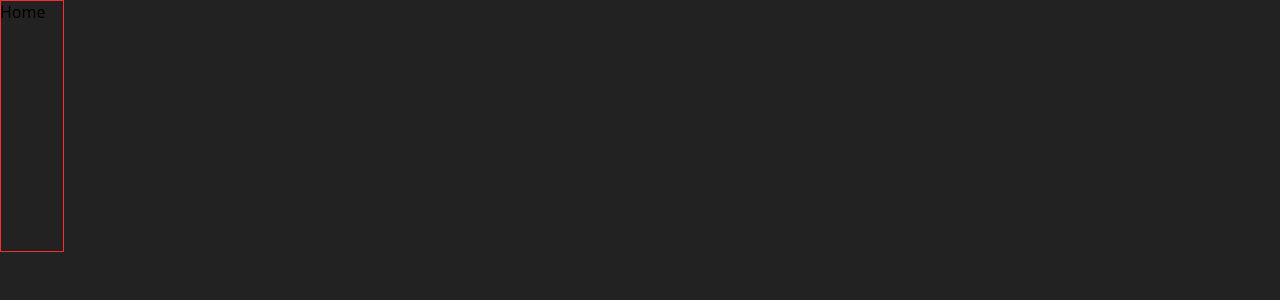
Repository: SERPENTX03/Portfolio-Tutorial
Page: /
The author's editor kept a copy of each file at every save. The page is drawn from the files as they stood at one save, then again after the next save.
The browser window is 1280 px wide. The pictures show the whole page.
The project was rebuilt for these pictures with package versions that can differ from the ones it lists, and the page was loaded fresh each time. The framework's server and built-in components were replaced by stand-ins that run in the browser. Also part of the build but not shown: next.config.ts.

Above is the page before, as saved 2025-04-19 19:44:44.

### app/layout.tsx
import type { Metadata } from "next";
import { Geist, Geist_Mono } from "next/font/google";
import "./globals.css";
import SideContact from "@/components/SideContact";

const geistSans = Geist({
  variable: "--font-geist-sans",
  subsets: ["latin"],
});

const geistMono = Geist_Mono({
  variable: "--font-geist-mono",
  subsets: ["latin"],
});

export const metadata: Metadata = {
  title: "Create Next App",
  description: "Generated by create next app",
};

export default function RootLayout({
  children,
}: Readonly<{
  children: React.ReactNode;
}>) {
  return (
    <html lang="en">
      <body
        className={`${geistSans.variable} ${geistMono.variable} antialiased`}
      >
        <SideContact />
        {children}
      </body>
    </html>
  );
}

### app/globals.css
@import "tailwindcss";

@theme {
  --color-primary: #1dcd9f;
  --color-background: #222222;
  --color-text: gray;
}

body {
  background-color: var(--color-background);
}

### components/SideContact.tsx
const SideContact = () => {
  return (
    <div className="fixed top-0 left-0 w-16 flex flex-col ">
      <div className="h-[35vh] border border-red-500"></div>
    </div>
  );
};
export default SideContact;

Loaded but not shown: app/page.tsx (common file)

After the next save:
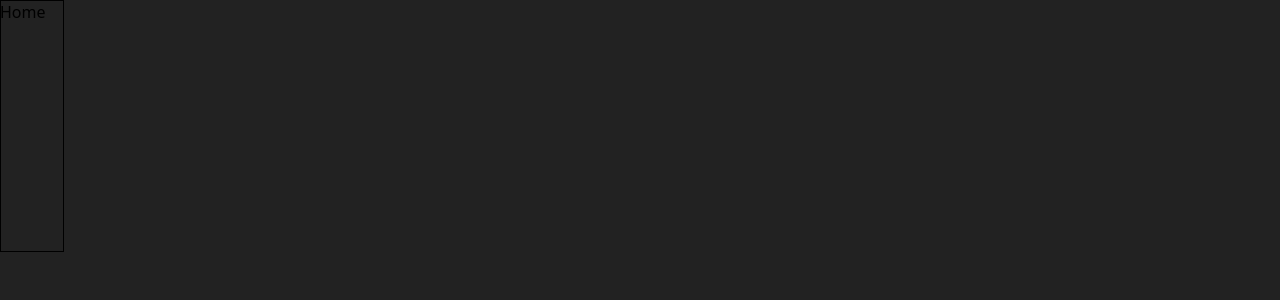
Saved 29 s later.
--- a/components/SideContact.tsx
+++ b/components/SideContact.tsx
@@ -1,7 +1,9 @@
 const SideContact = () => {
   return (
     <div className="fixed top-0 left-0 w-16 flex flex-col ">
-      <div className="h-[35vh] border border-red-500"></div>
+      <div className="h-[35vh] border relative">
+        <div></div>
+      </div>
     </div>
   );
 };
